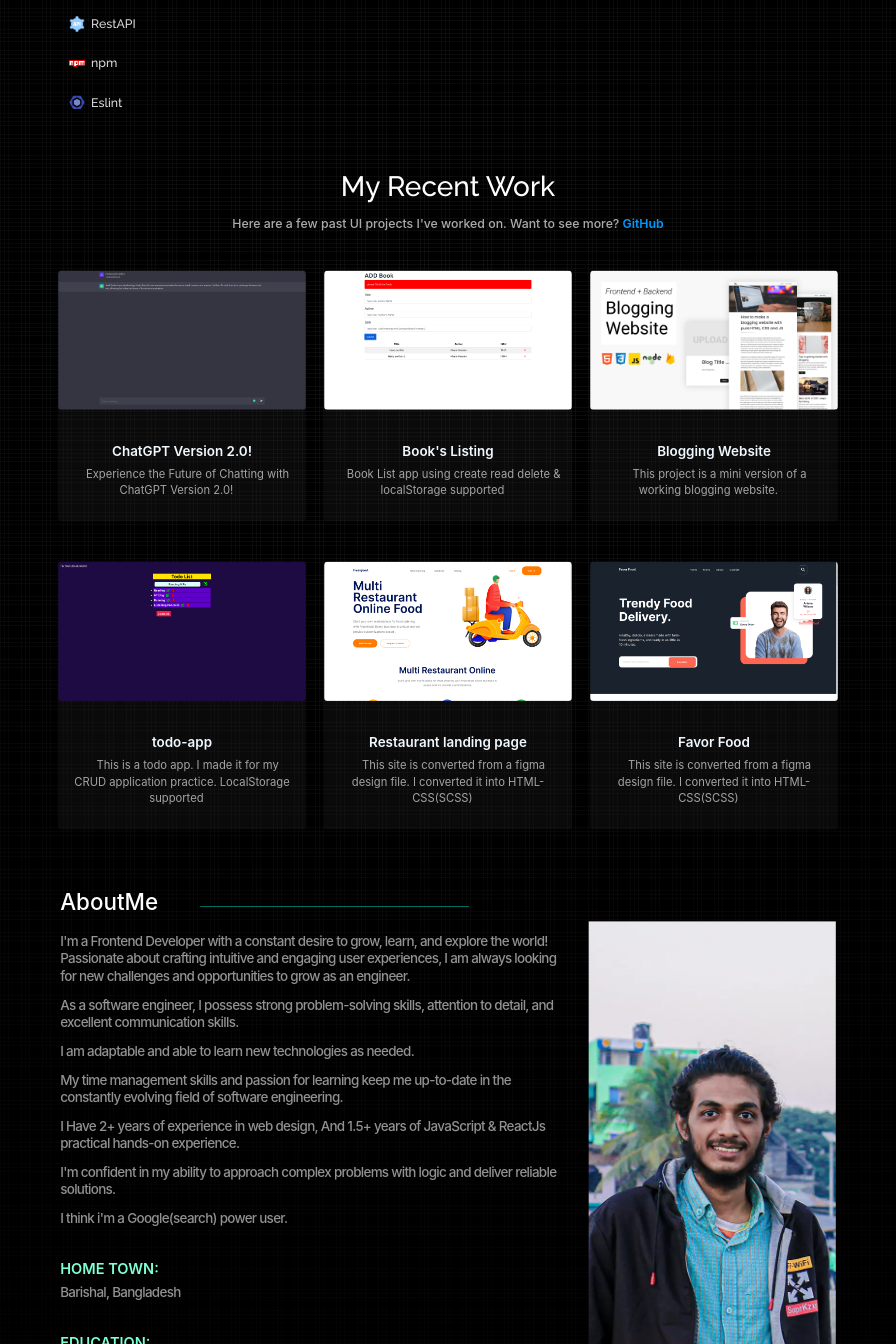
Repository: badhon252/my-portfolio
Page: /
These files come from the project's save history. The page is drawn as it stood at one moment and after the next save; the edit follows.
The browser window is 1280 px wide. The pictures show the part of the page from y = 1396 to 3316 px (the page is 3688 px tall before and 3698 px after), at 70% of full size.
Some web fonts or font styles are not loaded; a fallback is used. The project was rebuilt for these pictures with package versions that can differ from the ones it lists, and the page was loaded fresh each time.

Above is the page before, as saved 2023-02-14 20:15:55.

### public/index.html
<!DOCTYPE html>
<html lang="en">

<head>
    <meta charset="utf-8" />
    <meta name="viewport" content="width=device-width, initial-scale=1.0" />
    <meta name="theme-color" content="#000000" />
    <link rel=" stylesheet " href=" https://cdnjs.cloudflare.com/ajax/libs/font-awesome/6.2.1/css/all.min.css ">
    <!-- For google search engines  -->
    <meta name="google-site-verification" content="pFRaVUB3Vqtpp7CYJiHCBl35aQ6s2zmKJ89Zh2XF5rQ" />
    <meta name="description"
        content="I'm Khalid Hossain Badhon, I'm a experienced Frontend Web Application developer with more than 2years of hands on experienced. Front-end engineers, Front-end development, reactjs developer, javascript developer" />
    <!--  Bootstap== -->
    <link rel=" stylesheet " href=" https://cdn.jsdelivr.net/npm/bootstrap@5.3.0-alpha1/dist/css/bootstrap.min.css ">

    <!-- Google fonts  -->
    <link rel="stylesheet"
        href="https://fonts.googleapis.com/css2?family=Raleway:ital,wght@0,300;0,400;0,500;0,600;0,700;0,800;0,900;1,500;1,600;1,900&display=swap">

    <title>Khalid Hossain Badhon | Frontend Developer</title>
</head>

<body>
    <div id="root"></div>

    <script src=" https://cdn.jsdelivr.net/npm/bootstrap@5.3.0-alpha1/dist/js/bootstrap.bundle.min.js "></script>
    <!-- <script src=" https://platform.linkedin.com/badges/js/profile.js " async defer type=" text/javascript "></script> -->

</body>

</html>

### src/index.css
* {
    margin: 0;
    padding: 0;
    box-sizing: border-box;
}

html {
    --scrollbarBG: #2f2f2f;
    --thumbBG: #808080;
}

body {
    margin: 0;
    font-family: -apple-system, BlinkMacSystemFont, 'Segoe UI', 'Roboto', 'Oxygen', 'Ubuntu', 'Cantarell', 'Fira Sans', 'Droid Sans', 'Helvetica Neue', sans-serif;
    -webkit-font-smoothing: antialiased;
    -moz-osx-font-smoothing: grayscale;
    background-color: #000000;
    background-image: radial-gradient(circle at center center, transparent 0%, rgb(0, 0, 0) 99%), repeating-linear-gradient(0deg, rgba(163, 163, 163, 0.07) 0px, rgba(163, 163, 163, 0.07) 1px, transparent 1px, transparent 6px), repeating-linear-gradient(90deg, rgba(163, 163, 163, 0.07) 0px, rgba(163, 163, 163, 0.07) 1px, transparent 1px, transparent 6px), linear-gradient(90deg, rgb(0, 0, 0), rgb(0, 0, 0));
    color: #ffffff;
    scrollbar-width: thin;
    scrollbar-color: var(--thumbBG) var(--scrollbarBG);
}

body::-webkit-scrollbar {
    width: 12px;
}

body::-webkit-scrollbar-track {
    background: var(--scrollbarBG);
}

body::-webkit-scrollbar-thumb {
    background-color: var(--thumbBG);
    border-radius: 6px;
    border: 3px solid var(--scrollbarBG);
}

### src/Components/Home/Home.jsx
import AboutMe from "./AboutMe/AboutMe";
// import Footer from "./Footer/Footer";
import Header from "./Header/Header";
import Projects from "./Project/Projects";
import Skill from "./Skill/Skill";


export default function Home() {
  return (
    <div id="home">
        <Header />
        <Skill/>
        <Projects/>
        <AboutMe/>
        {/* <Footer/> */}

    </div>
  )
}

### src/Components/Home/Header/Header.jsx
import React from 'react'
import HeaderContent from './HeaderContent/HeaderContent'
import Navbar from './Navbar/Navbar'
import Classes from './Header.module.css'

export default function Header() {
  return (
    <header className={Classes.header}>
      <Navbar/>
      <HeaderContent/>
    </header>
  )
}

### src/Components/Home/Skill/Skill.jsx
import "./Skill.css"
import SkillSet from "./SkillSet";
const SkillEfficiency = () => {
    return (
       <section id="skill" >
        <div className="container">
            <div className="d-flex justify-content-center">
                    <h1 className="skillSet__title"> My Skills Set </h1>
            </div>
            <div className="skillSet__title__line">
                <div className="skillSet__title__line__inner">
                    I'm a experienced Frontend Web Application developer with more than 2 years of hands on experience. <br />
                    I am adaptable and able to learn newtechnologies as needed.
                </div>
            </div>
            <SkillSet/>
        </div>
       </section>
    );
}

export default SkillEfficiency;

### src/Components/Home/AboutMe/AboutMe.css
#about {
    padding: 2rem 1rem;
    min-height: 100vh;
}

#about p {
    font-size: 1.2em;
    font-weight: 500;
    margin-bottom: 1rem;
    color: rgba(255, 255, 255, 0.568);
    line-height: 1.3;
    letter-spacing: -1px;
}

#about h1 {
    color: #fcfcfc;
    font-size: 2.5em;
}

#about p:hover {
    color: #fcfcfc;
    cursor: text;
}

.aboutMe_titile::after {
    content: "";
    display: block;
    position: relative;
    top: -13px;
    width: 30vw;
    height: 1px;
    margin-left: 200px;
    background-color: rgba(9, 250, 227, 0.63);
}


/* Hometown ======== */

.homeTown_title {
    font-size: 1.3em;
    font-weight: 600;
    color: aquamarine;
    font-weight: 600;
}


/* .homeTown_title i {
    color: rgb(255, 255, 255);
    font-size: 1.2rem;
    width: 100%;
} */


/* edu ========== */

.crt_title,
.edu_title {
    font-size: 1.3em;
    font-weight: 600;
    color: aquamarine;
}

#about h4 {
    font-size: 1em;
    font-weight: 500;
    color: rgb(206, 255, 239);
    line-height: 1.5;
}

#about h4 span {
    color: rgb(88, 126, 111);
}

#about h4 span:hover {
    color: rgb(255, 255, 255);
}

#about h4 a {
    color: rgb(88, 126, 111);
    text-decoration: none;
}

### src/Components/Home/Header/HeaderContent/HeaderContent.jsx
import Badhon from "../../../../Assets/Images/badhon-color.png";
import HeroSection from './HeroSection'
import Classes from "./Header.module.css";

export default function HeaderContent() {
  return (
      <div className="container" >
        <div className={Classes.headerContainer}>

          <div className="row my-5" >
              <div className="col-md-4">
                <img src={Badhon} alt="Badhon" className="img-fluid w-100 px-2" />
              </div>
              <div className="col-md-8 py-5 d-flex flex-column">
                <HeroSection />
              </div>
          </div>
        </div>
      </div>
  )
}

### src/Components/Home/Header/Navbar/Navbar.jsx
import "./Navs/Navs.css"
import "./Navbar.css"
import Nav from './Navs/Nav/Nav'
// import NavbarBrand from './NavbarBrand/NavbarBrand'
// import LinkedIn from './Navs/LinkedIn/LinkedIn'
// import GitHub from './Navs/GitHub/Github'

export default function Navbar() {
  return (
    <div className='navBar borderBottom container-fluid'>
            <Nav/>
         {/* <div className='navBar'>
            <LinkedIn/>
            <GitHub/>
         </div> */}
    </div>
  )
}

### src/Components/Home/Header/Header.module.css
.header {
    color: aliceblue;
    padding: 0 1rem;
}

### src/Components/Home/Project/ProjectCard.jsx
import CardImgLink from "./Card_img__link"
import "./Projects.css"

export default function ProjectCard(props) {

  function stacks(){
    return props.stack.map((item, index) => {
      return <span className="stack" key={index}>#{item}</span>
    })
  }

  return (
    <div className="card my-1" id="card">
          <div className="card-img">
            <a href={props.preview} >
              <img src={props.img} className="card-img-top img-fluid" alt={props.title}/>
              <CardImgLink preview={props.preview} link={props.link}/>
            </a>
          </div>
        <div className="card-body">
          <div className="stacks">
             {stacks()}
          </div>

            <h5 className="card-title my-2">{props.title}</h5>
            <span className="card-text py-5 px-3">{props.text}</span>

        </div>
    </div>
  )
}

### src/Components/Home/Project/Projects.css
#card {
    background-color: #2c2d2c3a;
    /* width: 18rem */
    overflow: hidden;
    color: aliceblue;
    position: relative;
    text-align: center;
    transition: .5s;
}

#card:hover {
    /* width: 18rem */
    overflow: hidden;
    text-align: center;
    box-shadow: 5px 5px 50px rgba(53, 255, 3, 0.193);
    transform: translateY(-25px);
}

#card:hover span {
    color: aliceblue;
}

.card-img {
    overflow: hidden;
}

.img-fluid {
    border-radius: 0%;
    width: 100%;
    height: 100%;
    object-fit: cover;
    object-position: center;
    transition: 0.5s;
}

#card:hover .card-img-top {
    border-radius: 0;
    transform: scale(1.1);
}


/* Path: src/Components/Home/Project/Projects.css */

.project__title {
    color: rgba(255, 255, 255, 0.664);
    text-align: center;
}

.project__title .project__title-text {
    font-family: 'Raleway', sans-serif;
    font-size: 3em;
    font-weight: 700;
    margin-bottom: 1rem;
    color: #fff;
}

.project__title__line {
    font-weight: 500;
    font-size: 1.1rem;
}

.project__title__line a {
    color: #0099ff;
    text-decoration: none;
    font-weight: 600;
}

.project__title__line a:hover {
    color: #1da5ff;
    text-decoration: underline;
}

.card_img__link {
    align-items: center;
    background-color: rgba(0, 0, 0, 0.332);
    border-radius: 5px;
    display: flex;
    justify-content: flex-end;
    position: absolute;
    right: 0;
    top: 0;
    bottom: 0;
    left: 0;
    transition: .5s;
    opacity: 0;
}

#card:hover .card_img__link {
    opacity: 1;
}

.card_img__link a {
    color: #dbdbdb;
    text-decoration: none;
    font-weight: 700;
    margin: 0 .5rem;
}

.card_img__link a:hover {
    color: #eae8ff;
    text-decoration: none;
    font-weight: 700;
}

.card_img__link i {
    color: #fff;
}

.card_img__link i:hover {
    color: rgb(0, 157, 255);
}


/* .githubIcon {
    right: 5px;
}

.redirect {
    max-width: 40px;
    margin-top: 6px;
    color: #0099ff;
} */

.card-body {
    z-index: 111;
    padding-bottom: 2rem;
}

.card-body h5 {
    font-size: 1.2rem;
    font-weight: 600;
    margin: 0;
}

.card-body .stacks {
    margin: 0;
    opacity: 0;
    transition: 0.5s;
}

#card:hover .stacks {
    opacity: 1;
}

.card-body .stack {
    display: inline;
    font-size: .8rem;
    font-weight: 600;
    color: #ffffff;
    background-color: rgb(73, 73, 73);
    margin: .1rem;
    border-radius: 5px;
    text-align: left;
}

.card-text {
    color: #dbdbdbbb;
}

.card-text:hover {
    color: #eae8ff;
}

### src/Components/Home/Skill/Skill.css
/* .skills {
    margin: 4rem 0 2rem 0;
    display: flex;
    justify-content: space-around;
    flex-wrap: wrap;
    gap: 2rem;
    height: 80vh;
    overflow: hidden;
} */

#skill {
    min-height: calc(100vh - 70px);
    font-family: 'Raleway', sans-serif;
}

.skillSet__title__text h2 {
    font-size: 1.5em;
    font-weight: 600;
    margin-bottom: 1rem;
    display: inline-block;
}

.skillSet__title__text h2::after {
    content: "";
    display: block;
    height: 4px;
    transition: .5s;
    width: 0;
    background: rgb(255, 14, 118);
}

.skillSet:hover .skillSet__title__text h2::after {
    width: 100%;
}

.skillSet li {
    list-style-type: none;
    margin: 0.5rem 1rem;
    color: #ffffffda;
    transition: .4s;
    display: flex;
    align-items: center;
    padding: .5rem 0;
    font-size: 1.1em;
    font-weight: 500
}

.skillSet li img {
    width: 1.5rem;
    margin-right: 0.5rem;
}

.skillSet:hover li {
    color: #ffffff;
    transform: translateY(-5px);
}

.skillSet:hover li img {
    transform: scale(1.2);
}


/* .skillSet:hover {
    background: linear-gradient(90deg, rgba(9, 255, 5, 0.5) 0%, rgba(255, 0, 0, 0.5) 100%);
    box-shadow: 0 0 10px 0 rgba(255, 255, 255, 0.5);
} */

.skillSet__title {
    font-weight: 900;
    font-style: italic;
    font-size: 3em;
    margin-top: 70px;
}

.skillSet__title::after {
    content: "";
    display: block;
    height: 4px;
    transition: .6s;
    width: 0;
    background: linear-gradient(202deg, rgb(5, 255, 1) 20%, rgb(255, 14, 118) 50%, rgb(0 4 255) 100%);
}

#skill:hover .skillSet__title::after {
    width: 100%;
}

.skillSet__title__line {
    font-size: 1.3rem;
    font-weight: 800;
    color: rgba(255, 255, 255, 0.63);
    text-align: center;
    margin: 1rem 0;
}

.skillSet__title__line__inner {
    font-family: 'Raleway', sans-serif;
    margin: 1.3em 0 3em 0;
    font-size: 1em;
    font-weight: 500;
    line-height: 1.5;
    color: #ffffff;
}

.skillSet {
    margin: 1rem 0;
}


/* Generated code  */


/* .wave-container {
    height: 40vh;
    background-color: #000000;
    position: relative;
}

.wave-container::before {
    content: "";
    width: 100%;
    height: 135px;
    position: absolute;
    bottom: -0.3%;
    left: 0;
    background-size: auto;
    background-repeat: repeat no-repeat;
    background-position: 54vw bottom;
    background-image: url("data:[embedded picture, 356 characters]");
}

@media(max-width:850px) {
    .wave-container::before {
        height: 67.5px
    }
} */

### src/Components/Home/Header/HeaderContent/HeroSection.jsx
import Classes from "./Header.module.css";
// import Name from "./Name";

export default function HeroSection() {
  return (
    <div className={Classes.heroSection}>
          <h2 className={Classes.h2}>Hi, I'm</h2>
          <h1 className={Classes.myName}>
            <span>
              Khalid Hossain.
            </span>
          </h1>
          {/* <Name/> */}
          <div className={Classes.bio}>
            I’m a <span>Frontend Developer with a constant desire to grow, learn, and explore the world!</span> Passionate about crafting intuitive and engaging user experiences,
            I am always looking for new challenges and opportunities to grow as an engineer.
          </div>

          <a className={Classes.resume} href="https://drive.google.com/file/d/1dNWfd7X8CYs_9THDZo58HHKVKzD8WfeY/view?usp=share_link" target="_blank" rel="noreferrer">
              See my Resume <i className="fa-solid fa-arrow-up-right-from-square"></i>
          </a>

    </div>
  );
}

### src/Components/Home/Header/HeaderContent/Header.module.css
@import url('https://fonts.googleapis.com/css2?family=Unbounded:wght@400;500;600;700;800;900&display=swap');
.headerContainer {
    min-height: calc(100vh - 70px);
    width: 100%;
    display: flex;
    justify-content: center;
    align-items: center;
    flex-direction: column;
    position: relative;
    overflow: hidden;
}

.heroImage {
    max-width: 100%;
    object-fit: cover;
    height: auto;
    box-sizing: border-box;
    overflow: hidden;
    /* border-radius: 30% 70% 64% 36% / 44% 42% 58% 56%; */
}

.myName {
    text-transform: uppercase;
    letter-spacing: 0.5em;
    display: inline-block;
    margin: 0 0 1rem 0;
}

.myName span {
    font: 700 1.5em/1 "Unbounded", sans-serif;
    letter-spacing: 0;
    padding: 0.25em 0 0.325em;
    text-shadow: 0 0 80px rgba(255, 255, 255, 0.5);
    /* Clip Background Image */
    background: url(https://i.ibb.co/RDTnNrT/animated-text-fill.png) repeat-y;
    -webkit-background-clip: text;
    background-clip: text;
    /* Animate Background Image */
    -webkit-text-fill-color: transparent;
    -webkit-animation: animate 80s linear infinite;
    /* Activate hardware acceleration for smoother animations */
    -webkit-transform: translate3d(0, 0, 0);
    -webkit-backface-visibility: hidden;
}


/* Animate Background Image */

@keyframes animate {
    0% {
        background-position: 0% 50%;
    }
    100% {
        background-position: 100% 50%;
    }
}

.heroSection:hover .myName {
    text-shadow: 0 0 12px #24fbdd;
}

.h2 {
    font-size: 1.5em;
    font-family: 'Unbounded', cursive;
    margin: 1rem 0;
    line-height: 1;
    color: #ff006f;
    font-weight: 600;
}


/* #about p:hover h2 {
    text-shadow: 0 0 12px #24fbdd;
} */

.bio {
    font-size: 1.3em;
    color: rgba(255, 255, 255, 0.653);
    line-height: 1.4;
    font-family: 'Titillium Web', sans-serif;
    font-weight: 600;
    margin: 2rem 0;
}

*::selection {
    background-color: #f2ff00;
    color: #000000;
}

.bio span {
    font-style: italic;
    color: #fcfcfc;
}


/* bio text animations  */

.center {
    width: 100%;
    height: 100vh;
    display: flex;
    justify-content: center;
    align-items: center;
}

.char {
    font-size: 40px;
    height: 40px;
    animation: an 1s ease-out 1 both;
    display: inline-block;
}

@keyframes an {
    from {
        opacity: 0;
        transform: perspective(500px) translate3d(-35px, -40px, -150px) rotate3d(1, -1, 0, 35deg);
    }
    to {
        opacity: 1;
        transform: perspective(500px) translate3d(0, 0, 0);
    }
}

.mylink {
    position: absolute;
    z-index: 150;
    bottom: 0;
    right: 0;
    width: 100%;
    text-align: right;
    padding: .6rem;
}


/*! resume  */

.resume {
    padding: .9rem 1.8rem;
    border: 1px solid #09ff01;
    font-size: 1rem;
    font-weight: 500;
    margin-top: 1rem;
    outline: none;
    border-radius: 5px;
    background: none;
    color: #fcfcfc;
    transition: .5s;
    cursor: pointer;
    text-decoration: none;
    display: inline-block;
}

.resume:hover {
    color: rgb(7, 7, 7);
    background-color: rgb(0, 255, 21);
}

.resume:active {
    transform: scale(0.95);
}

### src/Components/Home/Header/Navbar/Navs/Navs.css
.flexRow {
    display: flex;
    justify-content: space-between;
    align-items: center;
    flex-wrap: wrap;
    gap: 2rem;
}

.me_1 {
    margin-right: 1rem;
}

img {
    width: 2rem;
    height: 2rem;
    border-radius: 50%;
}

.navbar-brand {
    /* background: #FFFF00;
    background: linear-gradient(to left, #FFFF00 0%, #05C1FF 50%, #FFFF00 100%);
    -webkit-background-clip: text;
    -webkit-text-fill-color: transparent; */
    color: aqua;
    font-size: 1.5rem;
    font-weight: 600;
    text-decoration: none;
    font-family: "Poppins", sans-serif;
}

### src/Components/Home/Header/Navbar/Navbar.css
.boxShadow {
    -webkit-box-shadow: 0px 22px 40px -37px rgba(255, 255, 255, 1);
    -moz-box-shadow: 0px 22px 40px -37px rgba(255, 255, 255, 1);
    box-shadow: 0px 22px 40px -37px rgba(255, 255, 255, 1);
}

.borderBottom {
    border-bottom: 1px solid #f6f6f612;
}

### src/Components/Home/Header/Navbar/Navs/Nav/Nav.jsx
import logo from "../../../../../../Assets/icons/logo.svg"
import SocialIcons from "../../../../Icons/SocialIcons"
import "./../Navs.css"
import "./Nav.css"

export default function Nav() {

  return (
    <nav className="navbar navbar-expand-lg">
      <div className="container-fluid">
        <a className="navbar-brand" href="#home">
          <img className="img-fluid" src={logo} alt="@badhon252" />
        </a>
        <button className="navbar-toggler" type="button" data-bs-toggle="collapse" data-bs-target="#navbarNav" aria-controls="navbarNav" aria-expanded="false" aria-label="Toggle navigation">
          <i className="fa-solid fa-bars"></i>
        </button>
        <div className="collapse navbar-collapse" id="navbarNav">
          <ul className="navbar-nav mx-auto">
            <li className="nav-item">
              <a className="nav-link" aria-current="page" href="#home"><i className="fa-solid fa-house"></i> Home</a>
            </li>
            <li className="nav-item">
              <a className="nav-link" href="#skill"><i className="fa-solid fa-code"></i> Expertise</a>
            </li>
            <li className="nav-item">
              <a className="nav-link" href="#projects"><i className="fa-solid fa-briefcase"></i> Projects</a>
            </li>
            <li className="nav-item">
                <a className="nav-link" href="#about"><i className="fa-solid fa-address-card"></i> About</a>
            </li>
            <li className="nav-item">
                <a className="nav-link" href="#contact"><i className="fa-solid fa-address-book"></i> Contact</a>
            </li>
          </ul>
          <div className="d-flex">
        <SocialIcons />
          </div>
        </div>
      </div>
    </nav>
  )
}

### src/Components/Home/Project/Card_img__link.jsx
// import githubIcon from "../../../Assests/icons/github.png"
// import redirect from "../../../Assests/icons/redirect.svg"
import "./Projects.css"
export default function Card_img__link(props) {

  return (
     <div className="card_img__link">
              <a href={props.link} target="_blank" rel="noreferrer" >
               <i className="fa-brands fa-github-alt"></i>
              </a>
              <a href={props.preview} target="_blank" rel="noreferrer" >
                  <i className="fa-solid fa-arrow-up-right-from-square redirect"></i>
              </a>

    </div>
  )
}

### src/Components/Home/Icons/SocialIcons.jsx
import "./SocialIcons.css"
import gmailIcon from "../../../Assets/icons/gmail.svg"

export default function SocialIcons() {
  return (
    <div className='icons'>
      <a href="mailto:dev.khalidhossain@gmail.com" target="_blank" rel="noreferrer">
         <img src={gmailIcon} alt="gmail" className="img-fluid" />
      </a>
      <a href="https://www.linkedin.com/in/khalidhossainbadhon/" target="_blank" rel="noreferrer">
         <i class="fa-brands fa-linkedin"></i>
      </a>
      <a href="https://github.com/badhon252" target="_blank" rel="noreferrer">
         <i class="fa-brands fa-github"></i>
      </a>
    </div>
  )
}

### src/Components/Home/Header/Navbar/Navs/Nav/Nav.css
.navBar {
    flex-wrap: wrap;
    position: fixed;
    top: 0;
    right: 0;
    left: 0;
    background-color: #000000dc;
    z-index: 1111111;
    text-align: center;
    box-sizing: border-box;
}

.navbar.navbar-expand-lg {
    padding: 0;
}

.navbar-nav {
    list-style-type: none;
    display: flex;
    justify-content: space-between;
}

.navbar-nav li a {
    text-decoration: none;
    color: rgba(255, 255, 255, 0.703);
    font-size: 1.1em;
    font-weight: 600;
    transition: all 0.3s ease-in-out;
    margin: 0 1rem;
}

.navbar-nav li a:hover {
    color: #ffffff;
}

.navbar-nav li a.active {
    color: #ff00fb;
}

.navbar-nav li a.active:hover {
    color: #f1f1f1;
}

.fa-brands,
.fab {
    font-weight: 400;
    font-size: 1.5rem;
    color: #fff;
}

.fa-bars {
    color: #fff;
}

.navbar-brand .img-fluid {
    max-width: 60px;
    max-height: 60px;
}

.navbar-brand:hover img {
    transform: scale(1.1);
}

.navbar-nav .nav-item .nav-link::after {
    content: "";
    display: block;
    height: 2px;
    width: 1.1em;
    background: #ff0672fc;
    transition: all 0.6s cubic-bezier(0.18, 0.89, 0.32, 1.28);
}

.navbar-nav .nav-item .nav-link:hover::after {
    width: 100%;
}

### src/Components/Home/Icons/SocialIcons.css
.icons {
    display: flex;
    align-items: center;
    box-sizing: border-box;
}

.icons a {
    max-height: 2.5rem;
    max-width: 2.5rem;
    padding: 8px;
    border-radius: 50%;
}

.icons a:hover {
    background-color: rgba(85, 85, 85, 0.402);
}

.icons a:nth-child(2) {
    margin: .5rem;
}

.fa-linkedin {
    color: #5dd4ff!important;
}

Loaded but not shown: src/index.js (common file); src/reportWebVitals.js (common file); src/App.js (11 lines, source omitted); src/Components/Home/Project/Projects.jsx (86 lines, source omitted); src/Components/Home/Skill/SkillSet.jsx (66 lines, source omitted); src/Components/Home/AboutMe/AboutMe.jsx (62 lines, source omitted)

After the next save:
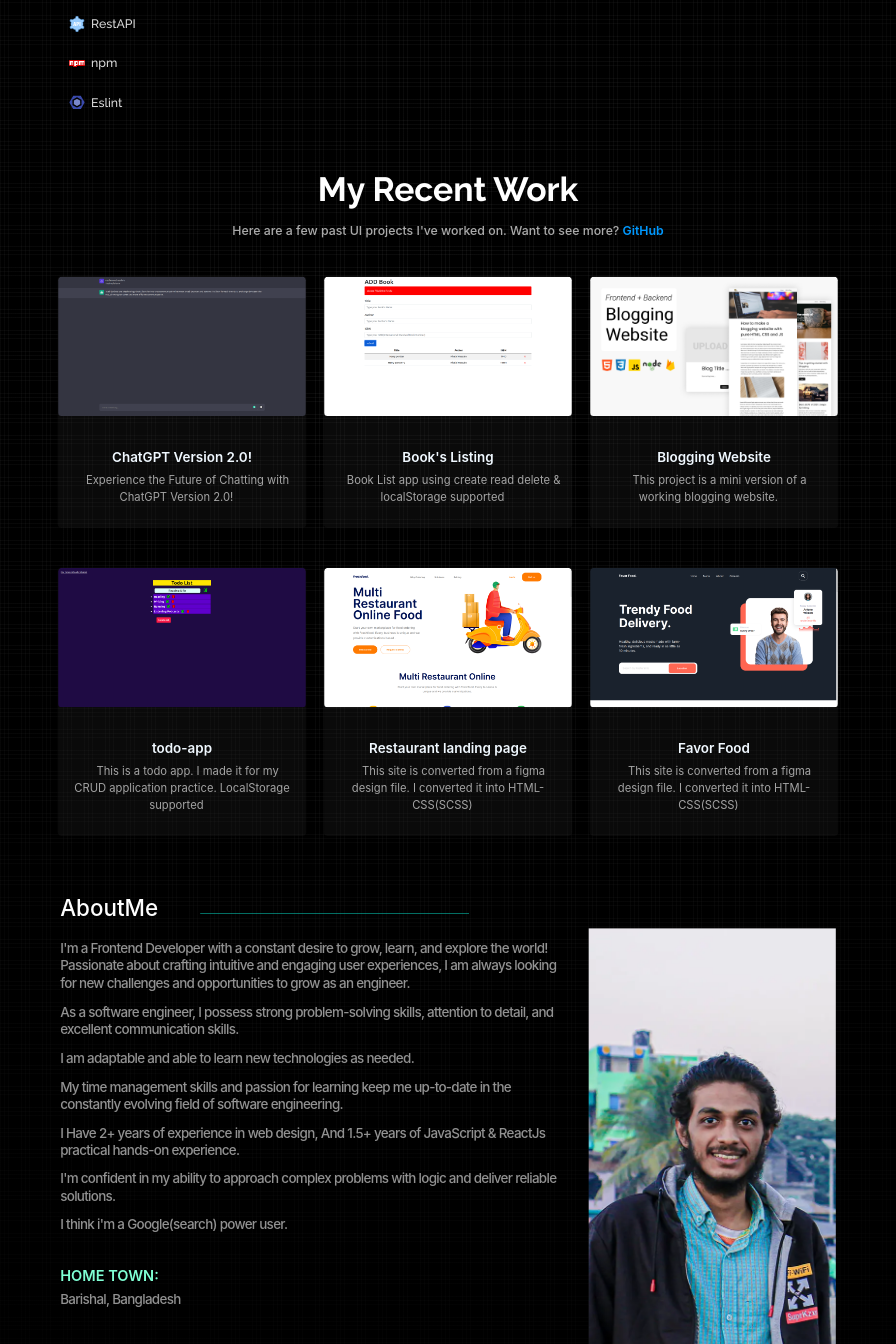
Saved 33 s later.
--- a/src/Components/Home/Project/Projects.css
+++ b/src/Components/Home/Project/Projects.css
@@ -46,7 +46,7 @@
     text-align: center;
 }
 
-.project__title .project__title-text {
+.project__title-text h1 {
     font-family: 'Raleway', sans-serif;
     font-size: 3em;
     font-weight: 700;
